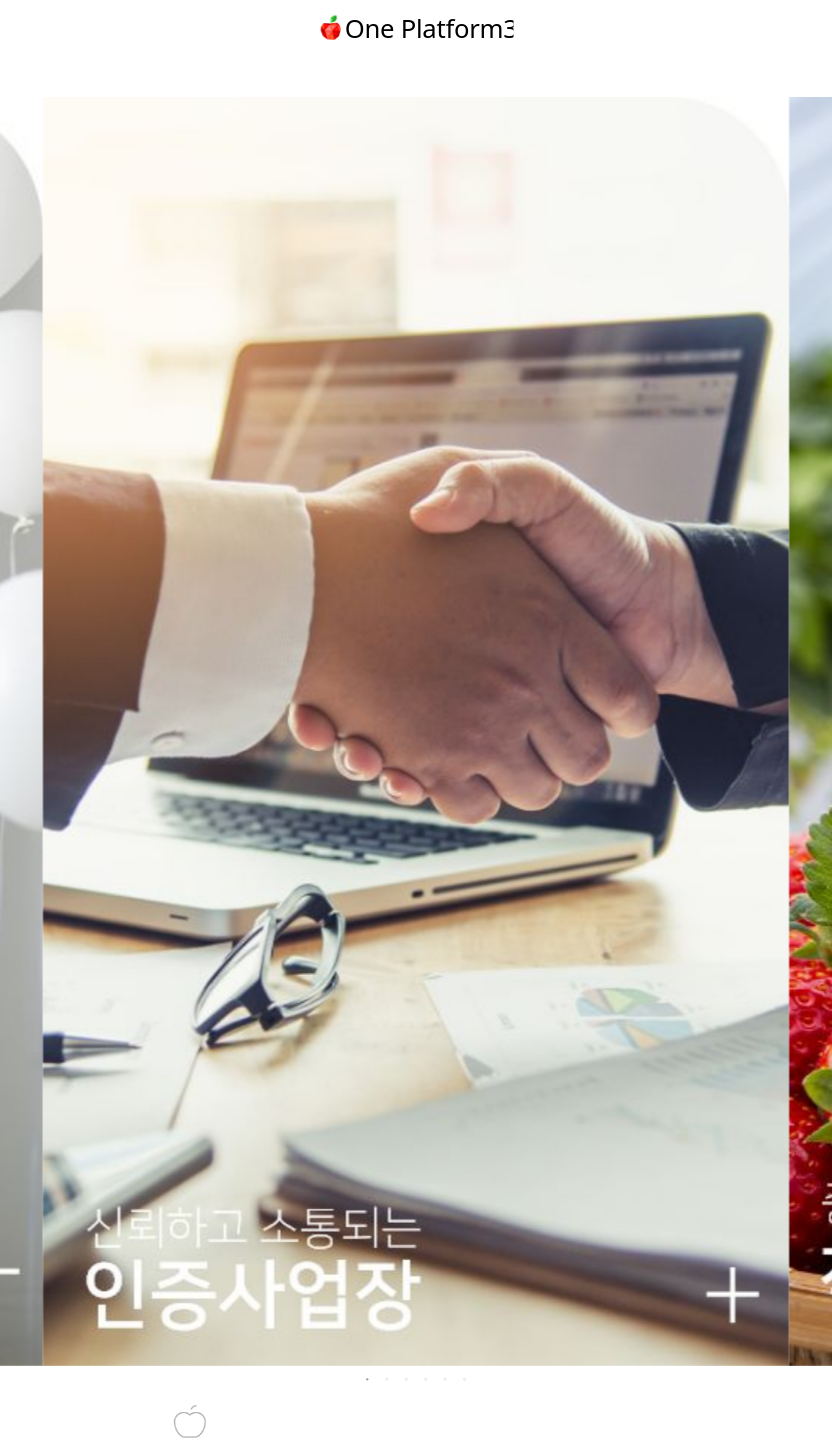
Repository: sunminigo/oneplatform
Page: dist/index.html
An editor plug-in stored every save of this project. The page is shown before and after a run of saves, followed by the edit.
The browser window is 1280 px wide. The pictures show the whole page, at 65% of full size.
Some icons come from a web library that is not loaded, so they are not drawn. Some web libraries are served in a nearby version. The style sheet was rebuilt from its Sass, Less or Tailwind sources for each picture, by a compiler version that may differ from the author's.

Above is the page before, as saved 2021-09-14 23:01:38.

After the next 2 saves:
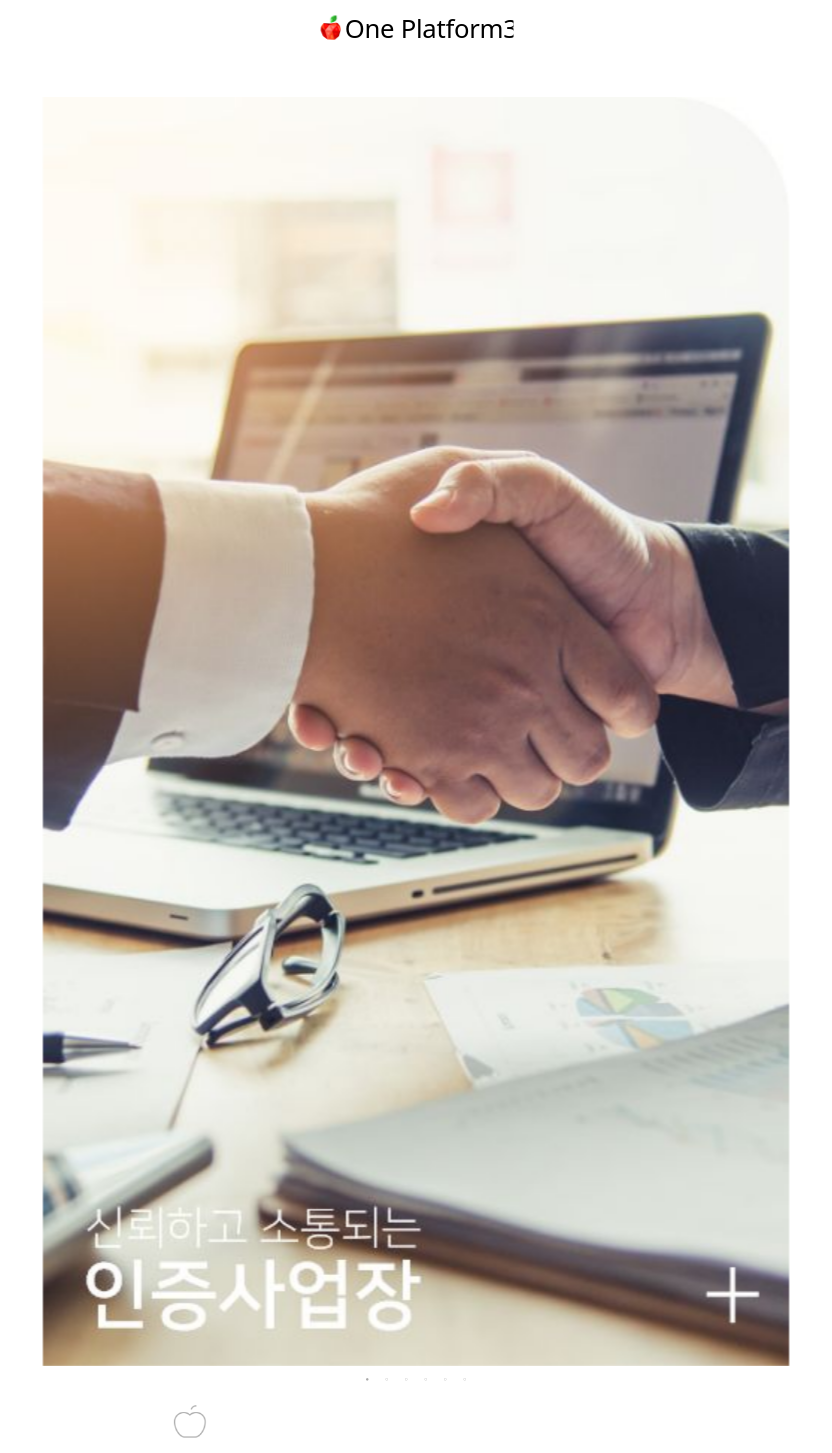
The 2 saves are shown as one change because they came seconds apart.
The last was saved 19 s later.
--- a/workspace/assets/style/pages/_layout.scss
+++ b/workspace/assets/style/pages/_layout.scss
@@ -127,19 +127,19 @@
 		.slick-slide {
 			&.slick-active {
 				img {
-					// transform: scale(1);
-					// transition: transform 0.5s linear;
+					transform: scale(1);
+					transition: transform 0.5s linear;
 				}
 			}
 			img {
 				width: 100%;
-				// transform-origin: 50% 50%;
-				// transform: scale(0.88);
-				// transition: transform 0.5s linear;
-				// -webkit-transition: transform 0.5s linear;
-				// -moz-transition: transform 0.5s linear;
-				// -ms-transition: transform 0.5s linear;
-				// -o-transition: transform 0.5s linear;
+				transform-origin: 50% 50%;
+				transform: scale(0.88);
+				transition: transform 0.5s linear;
+				-webkit-transition: transform 0.5s linear;
+				-moz-transition: transform 0.5s linear;
+				-ms-transition: transform 0.5s linear;
+				-o-transition: transform 0.5s linear;
 			}
 		}
 		.slick-dots {
